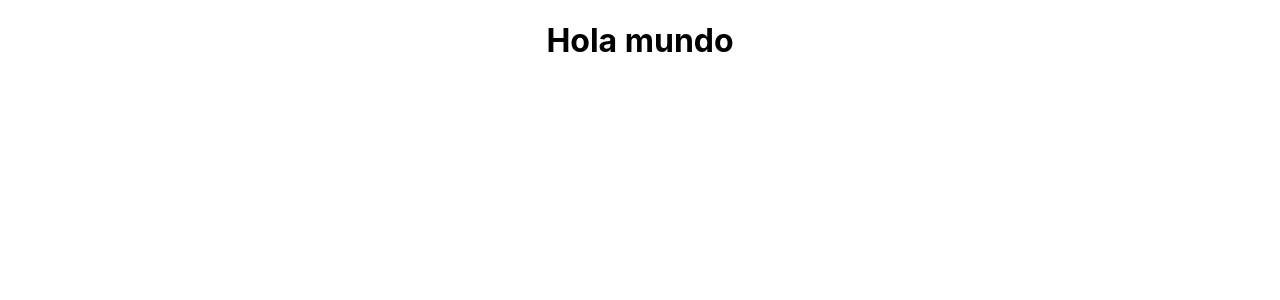
Repository: aleocampodev/react-hooks
Page: /
An editor plug-in stored every save of this project. The page is shown before and after the next save, followed by the edit.
The browser window is 1280 px wide. The pictures show the whole page.
The project was rebuilt for these pictures with package versions that can differ from the ones it lists, and the page was loaded fresh each time.

Above is the page before, as saved 2022-07-16 21:40:14.

### src/App.js
import logo from "./logo.svg";
import "./App.css";

function App() {
  return (
    <div className="App">
      <h1>Hola mundo</h1>
    </div>
  );
}

export default App;

### src/components/Header.jsx
import React,{useState} from 'react'

const Header = () => {
	const [darkMode, setDarkMode] = useState(false)

	const changeMode=() => {
		//setDarkMode(true)
		setDarkMode(!darkMode)
	}


	return (
		<div className="Header">
			<h1>ReactHooks</h1>
			<button type="button" onClick={changeMode}>{darkMode? 'Dark mode' :'lightMode'}</button>
		</div>
	)
}

export default Header;

Loaded but not shown: public/index.html (common file); src/index.js (common file); src/index.css (common file); src/reportWebVitals.js (common file); src/App.css (common file)

After the next save:
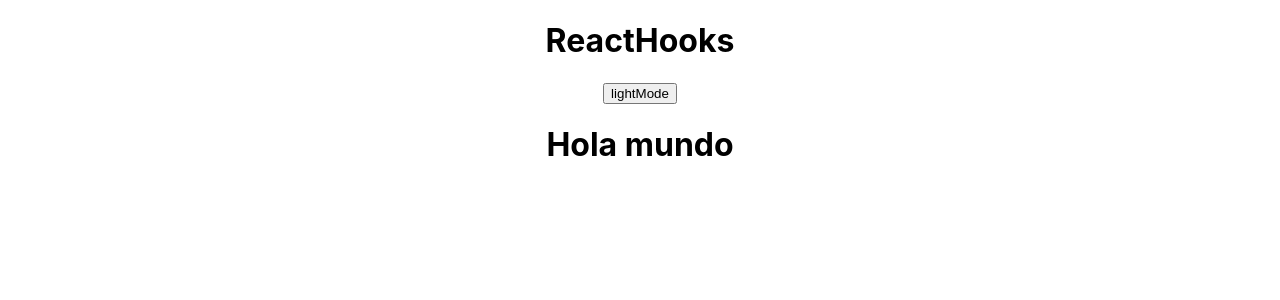
Saved 8 min 12 s later.
--- a/src/App.js
+++ b/src/App.js
@@ -1,9 +1,11 @@
 import logo from "./logo.svg";
 import "./App.css";
+import Header from "./components/Header";
 
 function App() {
   return (
     <div className="App">
+      <Header />
       <h1>Hola mundo</h1>
     </div>
   );
